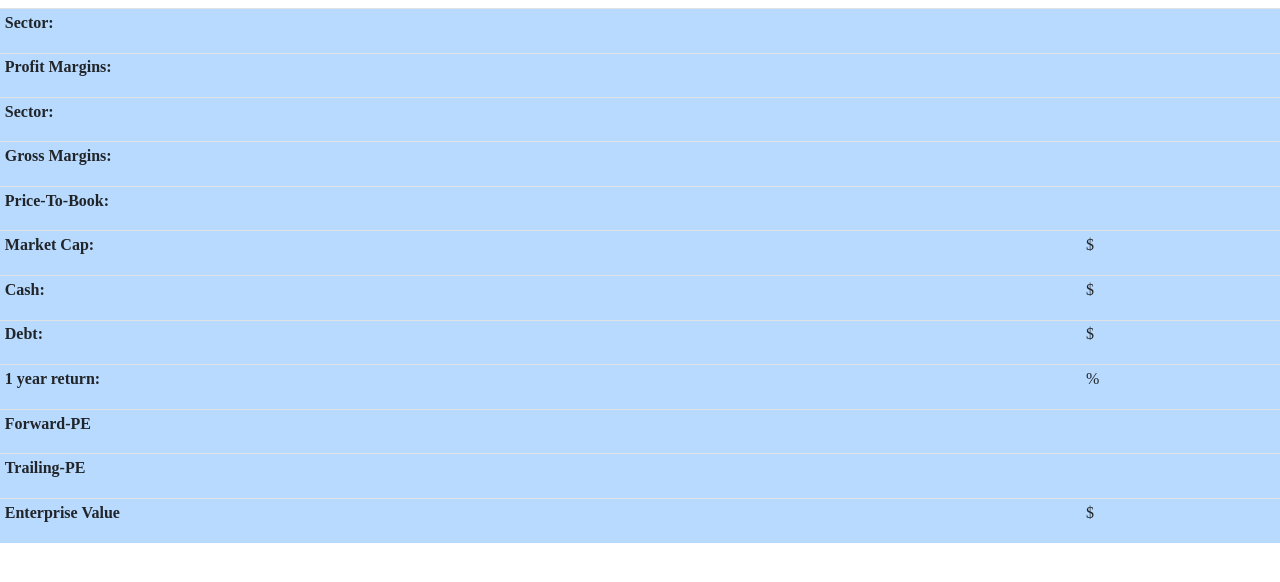
Repository: brendan12372/theSite
Page: topTen/templates/stocks/stock_detail.html
An editor plug-in stored every save of this project. The page is shown before and after the next save, followed by the edit.
The browser window is 1280 px wide. The pictures show the whole page.
Some web libraries are served in a nearby version. The page is served by the project's application, run on Django 4.2 (manage.py). The template is opened directly, without the code that normally fills it, so the values that code supplies are empty.

Above is the page before, as saved 2022-03-15 00:59:41.

After the next save:
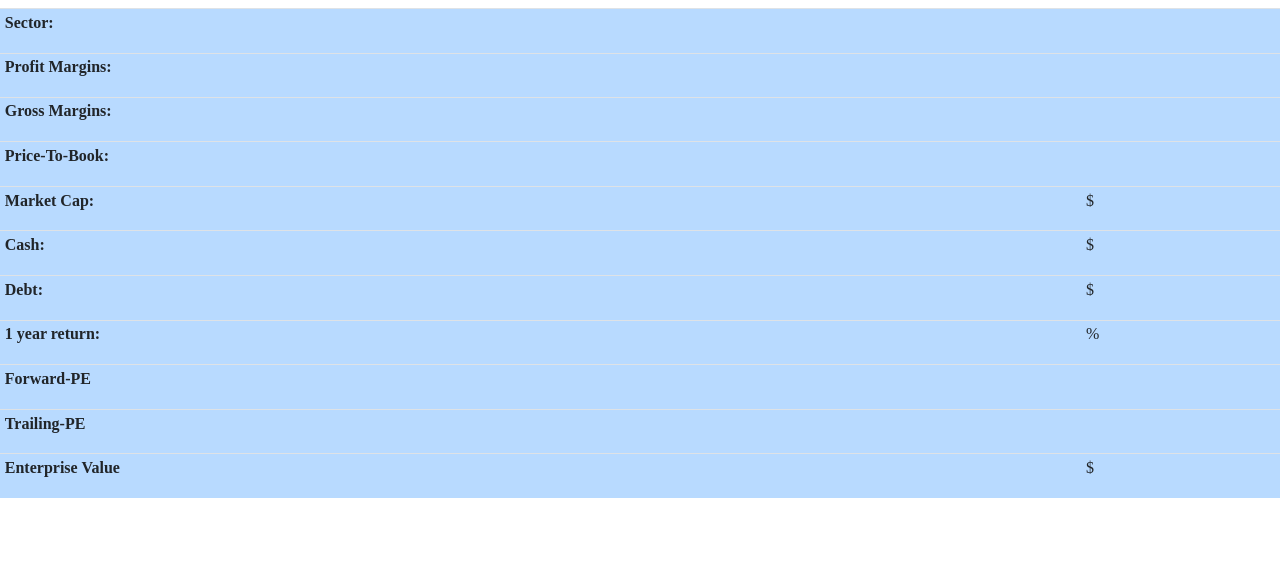
Saved 28 s later.
--- a/topTen/templates/stocks/stock_detail.html
+++ b/topTen/templates/stocks/stock_detail.html
@@ -45,10 +45,7 @@
           <td><p class="font-weight-bold">Profit Margins:</p></td>
           <td>{{object.profitMargins}}</td>
         </tr>
-        <tr>
-          <td><p class="font-weight-bold">Sector:</p></td>
-          <td>{{object.sector}}</td>
-        </tr>
+
         <tr>
         <tr>
           <td><p class="font-weight-bold">Gross Margins:</p></td>
